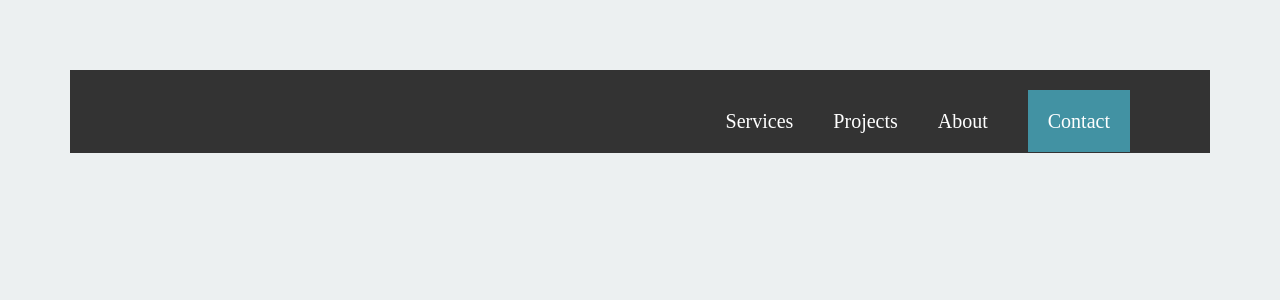
Repository: arifshahriyarnader/css-flexbox
Page: Exercise 1/index.html
These files come from the project's save history. The page is drawn as it stood at one moment and after a run of saves; the edit follows.
The browser window is 1280 px wide. The pictures show the whole page.

Above is the page before, as saved 2024-06-15 16:01:52.

### Exercise 1/index.html
<!DOCTYPE html>
<html lang="en">
<head>
    <meta charset="UTF-8">
    <meta name="viewport" content="width=device-width, initial-scale=1.0">
    <title>Navbar Using Flexbox</title>
    <link rel="stylesheet" href="css/style.css">
</head>
<body>
   <nav class="menubar_sec">
       <div class="leftmenu_link">
            <ul>
                <li><a href="#">Services</a></li>
                <li><a href="#">Projects</a></li>
                <li><a href="#">About</a></li>
                <li><a href="#" class="contact_btn">Contact</a></li>
            </ul>
           </div>
   </nav>
</body>
</html>

### Exercise 1/css/style.css
*{
    margin: 0px;
    padding: 0px;
}

ul{
    list-style: none;
}
a{
    text-decoration: none;
}
body{
    background-color: #ECF0F1;
}
.menubar_sec{
    background-color:#333333;
    min-height: 50px;
    margin: 70px;
    display:flex;
    justify-content: flex-end;
}

.leftmenu_link ul{
    display: flex;
    gap:40px;
    padding:40px 80px 20px 0px;

}

.leftmenu_link ul li a{
    color:#fff;
    font-size:20px;
    cursor: pointer;
}
.contact_btn{
    background-color:#4292A3;
    color:#fff;
    padding:20px 20px 20px 20px;

}

After the next 2 saves:
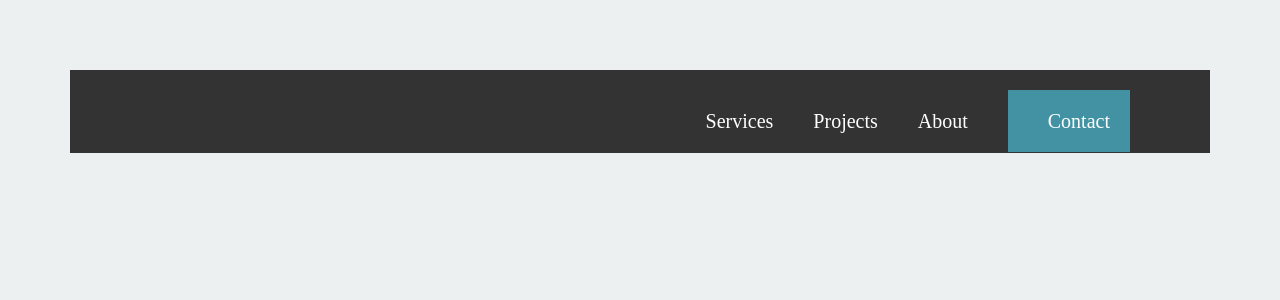
The 2 saves are shown as one change because they came seconds apart.
The last was saved 9 s later.
--- a/Exercise 1/css/style.css
+++ b/Exercise 1/css/style.css
@@ -35,6 +35,6 @@ body{
 .contact_btn{
     background-color:#4292A3;
     color:#fff;
-    padding:20px 20px 20px 20px;
+    padding:20px 20px 20px 40px;
 
 }
